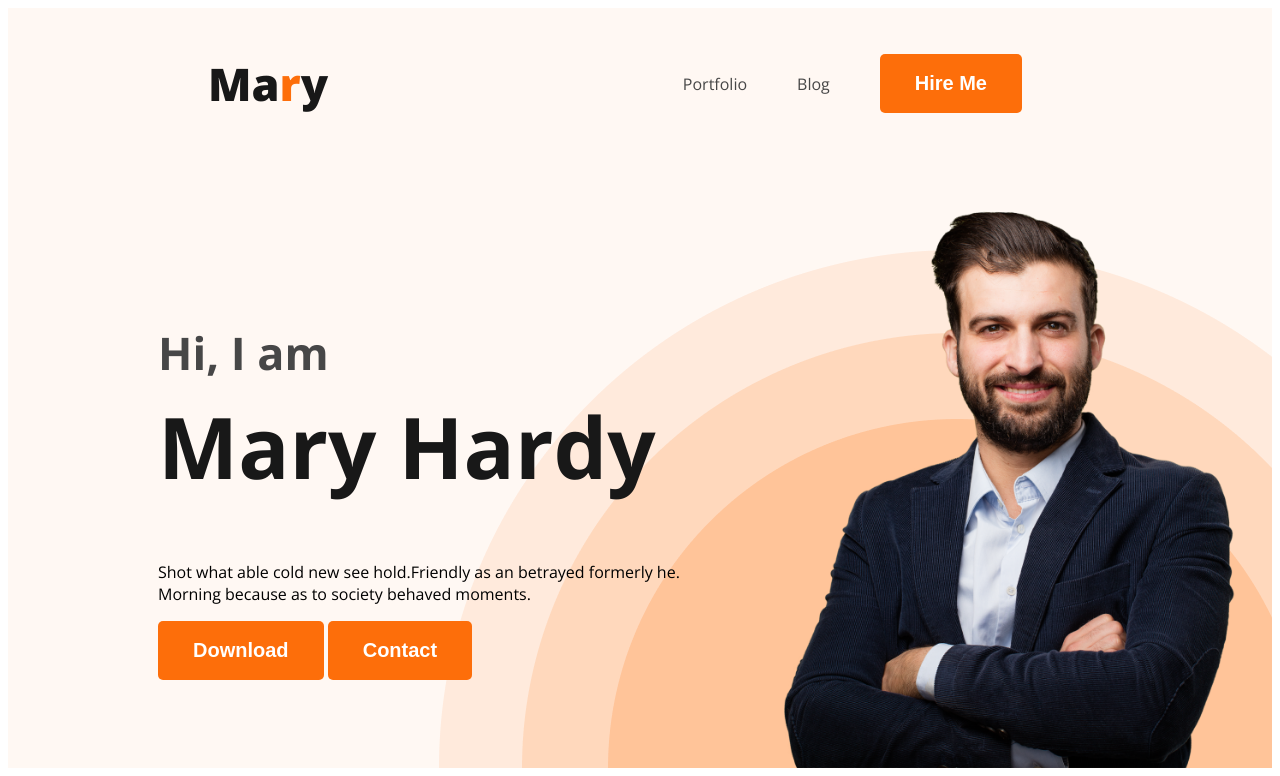
Repository: ShouravAhammed/Simple-Portfolio-Webpage
Page: index.html
These files come from the project's save history. The page is drawn as it stood at one moment and after the next save; the edit follows.
The browser window is 1280 px wide. The pictures show the whole page.

Above is the page before, as saved 2024-01-06 00:55:18.

After the next save:
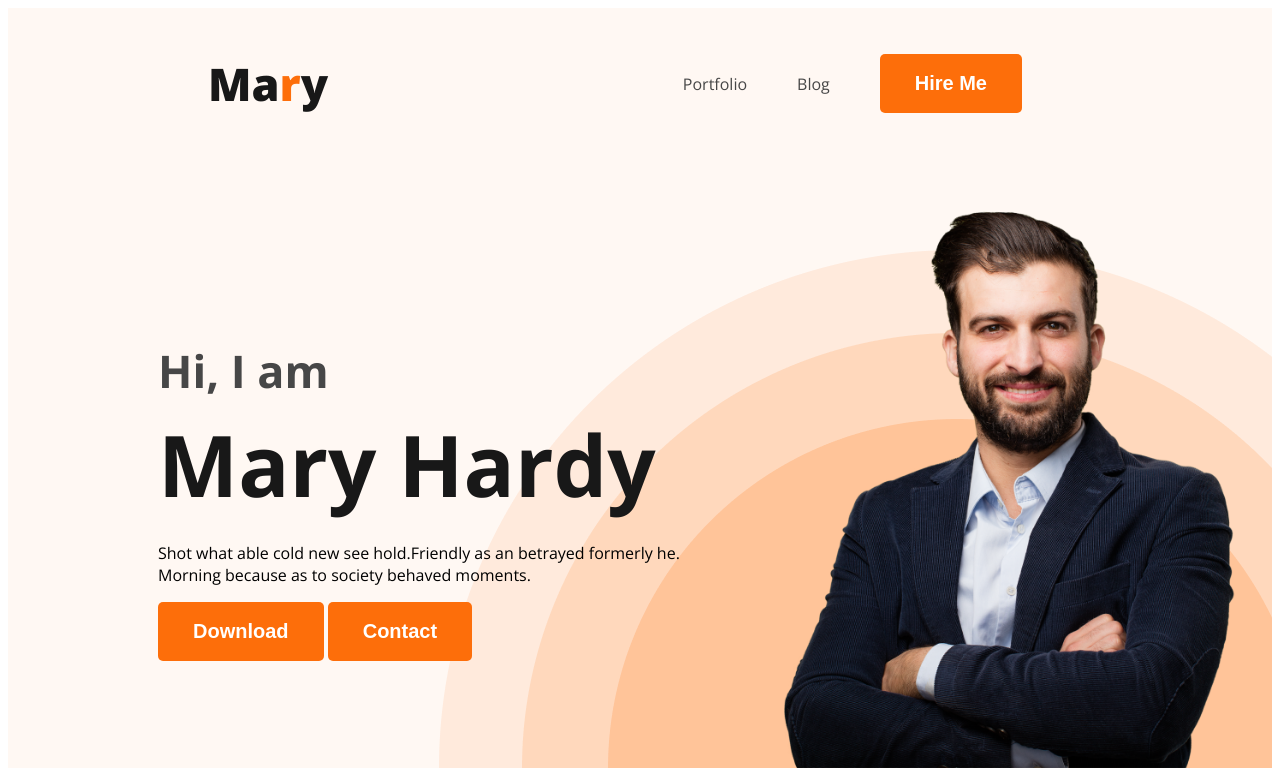
Saved 39 s later.
--- a/index.css
+++ b/index.css
@@ -73,4 +73,8 @@ nav a{
     font-size: 85px;
     font-weight: 700;
     margin-top: 5px;
+    margin-bottom: 20px;
 }
+.banner-description{
+
+}
